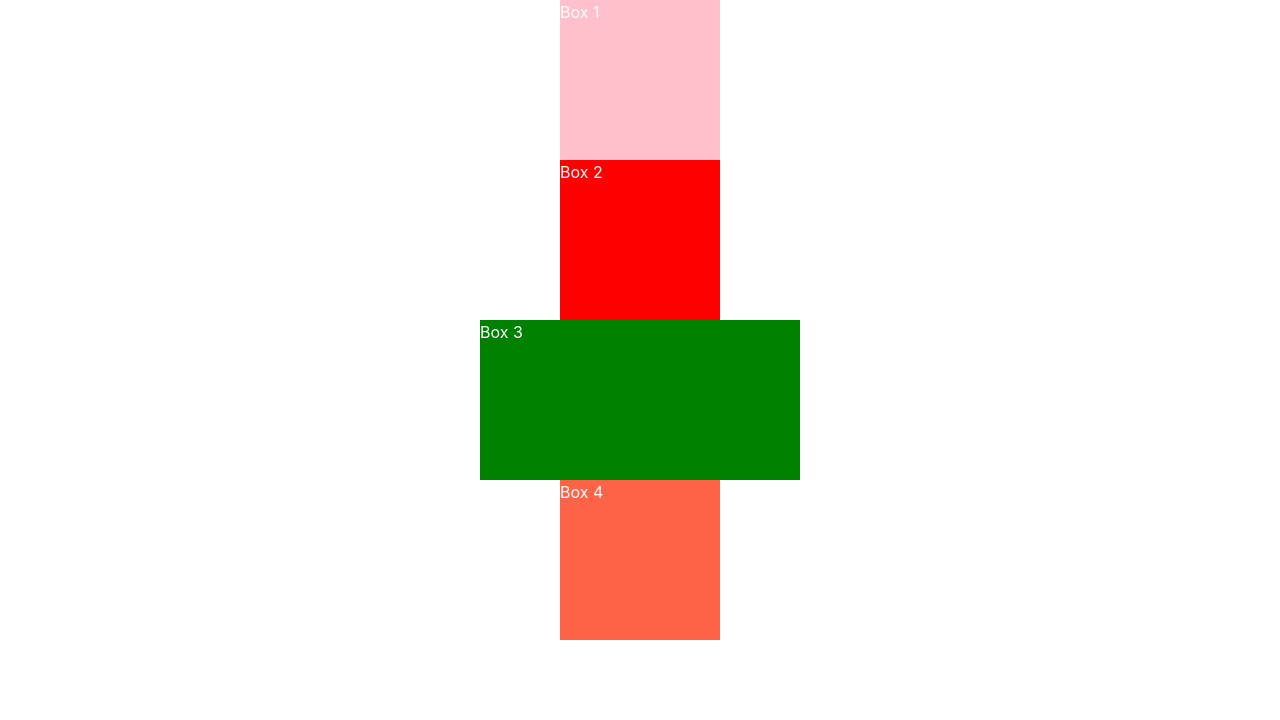
Repository: noutijo/learn-in-depth-chakra-ui
Page: /
The author's editor kept a copy of each file at every save. The page is drawn from the files as they stood at one save, then again after a run of saves.
The browser window is 1280 px wide. The pictures show the whole page.
The project was rebuilt for these pictures with package versions that can differ from the ones it lists, and the page was loaded fresh each time. Also part of the build but not shown: vite.config.ts.

Above is the page before, as saved 2023-01-30 13:50:54.

After the next 2 saves:
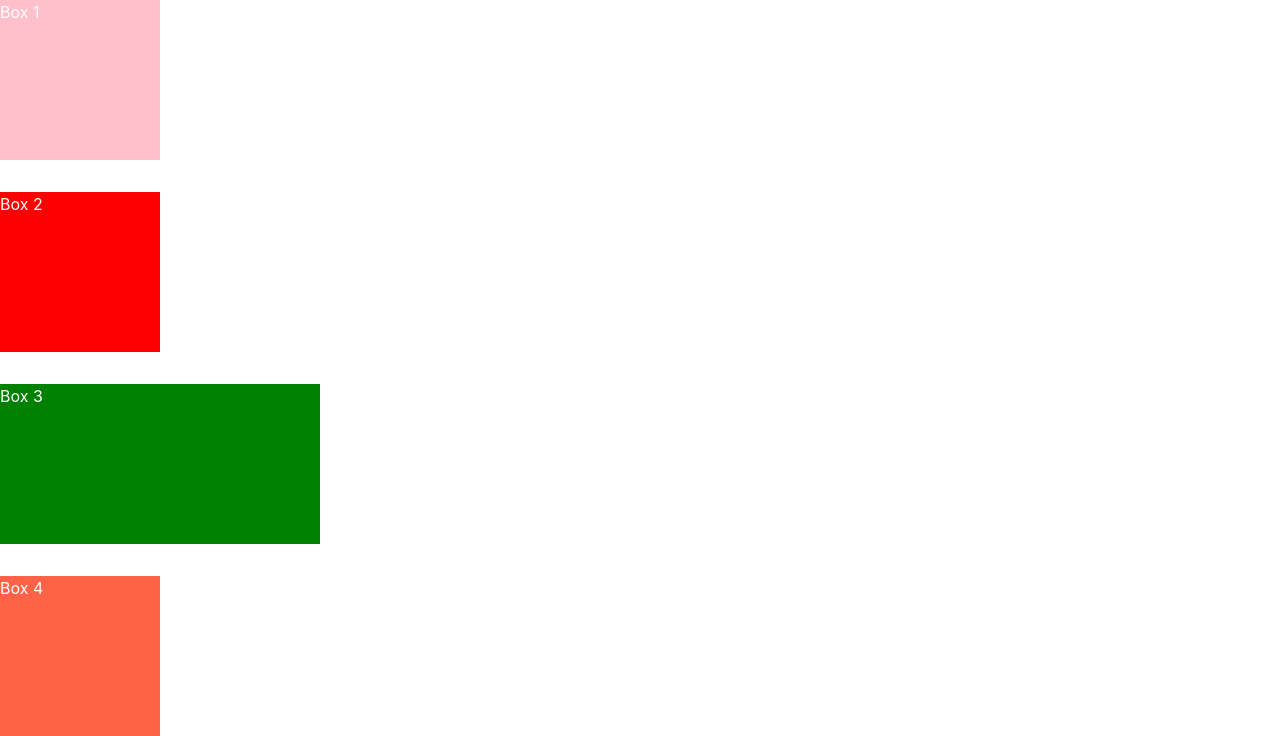
The 2 saves are shown as one change because they came seconds apart.
The last was saved 9 s later.
--- a/src/App.tsx
+++ b/src/App.tsx
@@ -4,7 +4,7 @@ import { Box, Flex, Stack, VStack, HStack } from "@chakra-ui/react";
 function App() {
   return (
     <div className="App">
-      <Stack spacing="space-around" align="center">
+      <Stack spacing="2rem">
         <Box bg="pink" w="10rem" h="10rem" color="white">
           Box 1
         </Box>
